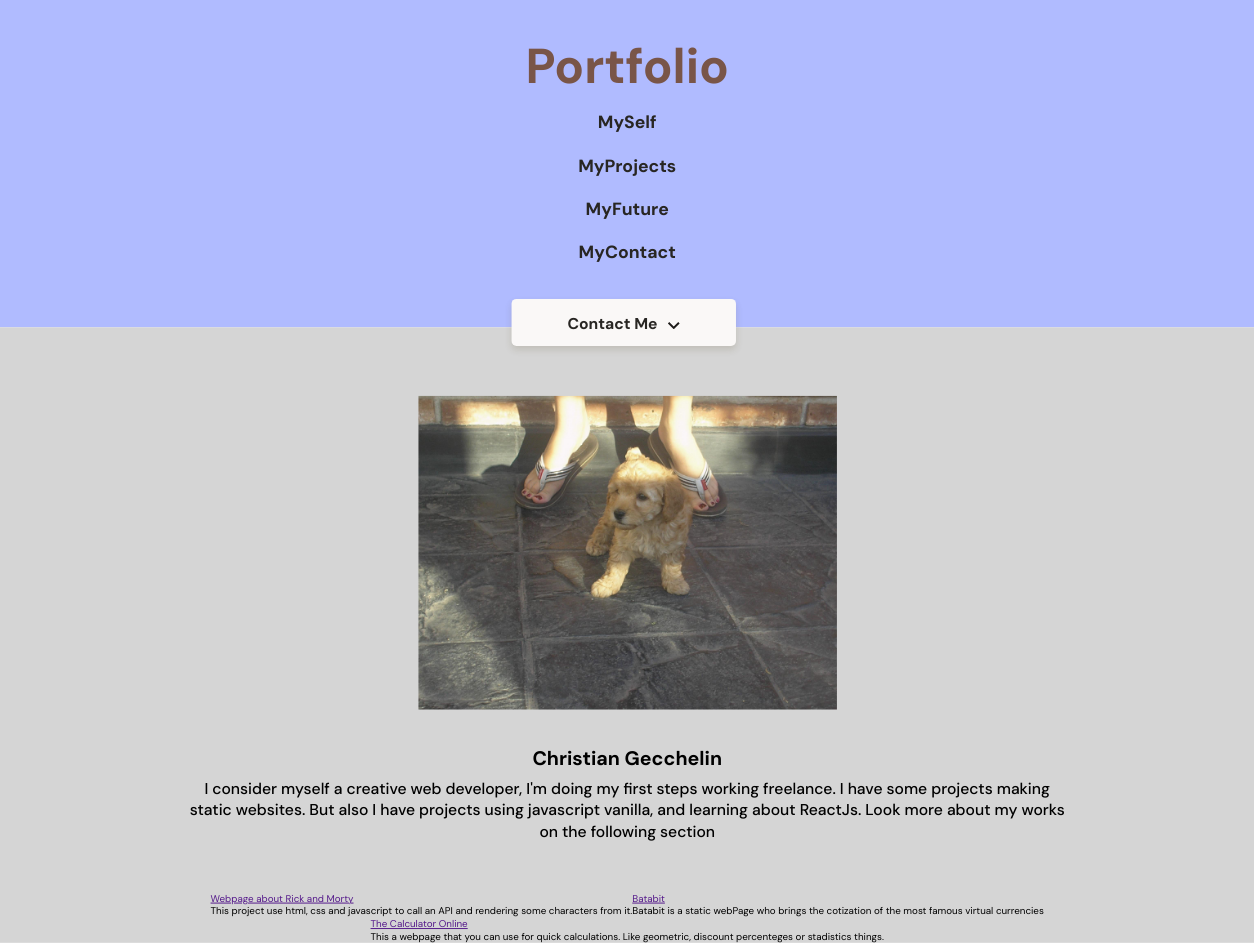
Repository: ChristianGecchelin/PortfolioOnline
Page: index.html
The author's editor kept a copy of each file at every save. The page is drawn from the files as they stood at one save, then again after the next save.
The browser window is 1280 px wide. The pictures show the whole page, at 98% of full size.

Above is the page before, as saved 2022-01-08 21:25:11.

After the next save:
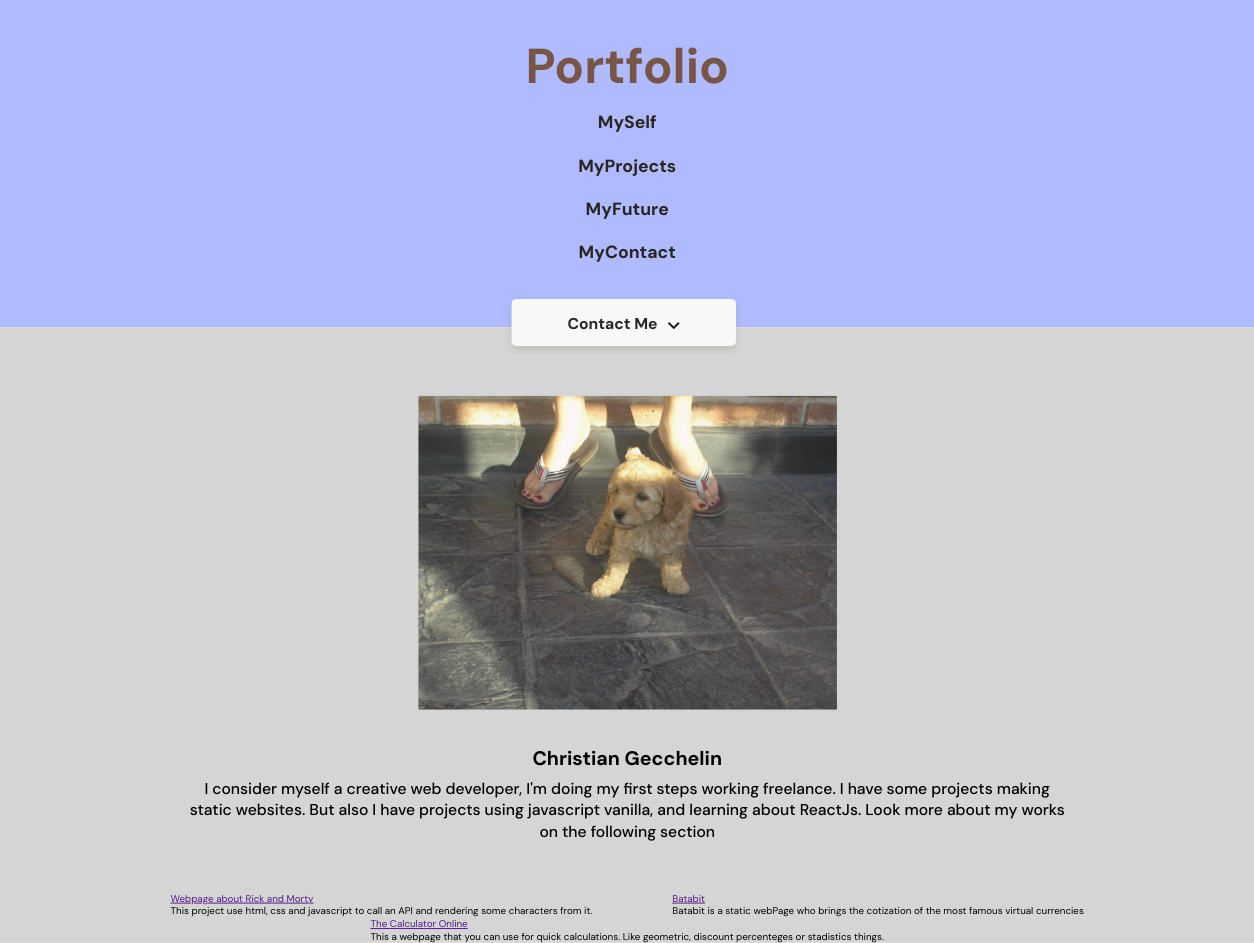
Saved 22 s later.
--- a/styles/styles.css
+++ b/styles/styles.css
@@ -132,6 +132,9 @@ main .principalContainer-mySelf {
   flex-direction: row;
   flex-wrap: wrap;
   justify-content: center;
+  width: 100%;
+  height: auto;
 }
 .principalContainer-myProject .rickAndMortyCharacters {
+  width: 40%;
 }
